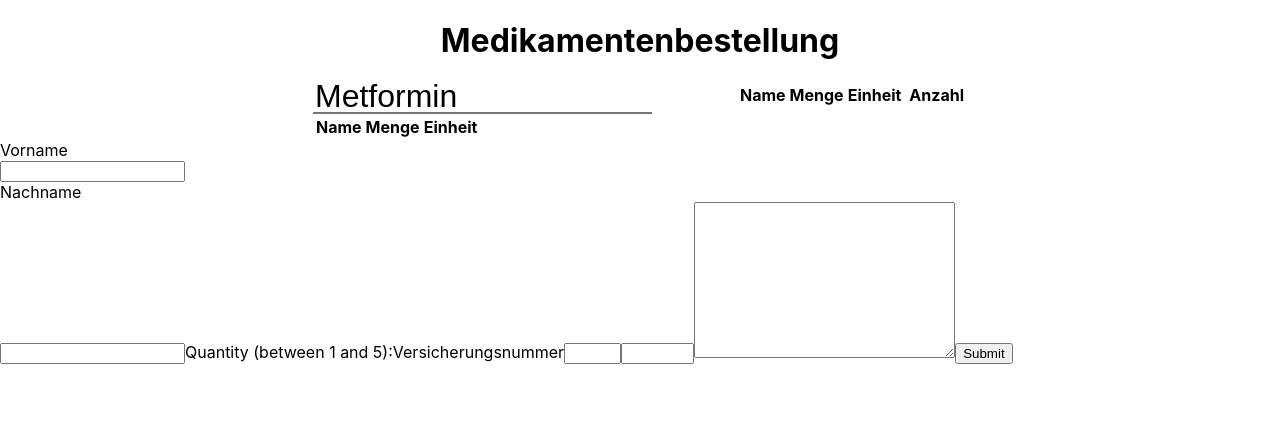
Repository: Esatollah/MedDemo
Page: / (app in client/)
The author's editor kept a copy of each file at every save. The page is drawn from the files as they stood at one save, then again after the next save.
The browser window is 1280 px wide. The pictures show the whole page.
The page's requests for data from a server got no answer. The project was rebuilt for these pictures with package versions that can differ from the ones it lists, and the page was loaded fresh each time. No one was signed in, and anything a server would have sent is missing. Also part of the build but not shown: client/src/App.css.

Above is the page before, as saved 2022-06-02 16:51:17.

### client/src/App.js
import './App.css';
import SearchBar from './components/Search';
function App() {
  return (
    <div>
      <SearchBar></SearchBar>
    </div>
  );
}

export default App;

### client/src/components/Search.jsx
import React, {useState, useEffect} from 'react'
import DrugAPI from '../api/DrugAPI';
import Form from './Form';
// import Cart from './Cart';
import './Search.css'


const Search = () => {
  const [searchinput, setSearchinput] = useState("Metformin");
  const [drugs, setDrugs] = useState([]);
  const [cartitems, setCartitems] = useState([]);

  // add loading screen, maybe with loading while drugs empty
  useEffect(() => {
    const fetchData = async () => {
      try {
        const result = await DrugAPI.get(`/?drugsearch=${searchinput}`)
        setDrugs(result.data.meds)
      } catch (err) {
        console.error(err);
      }
    }

    fetchData();

  }, [searchinput])

  const handleDrugClick = (e, x) => {
    console.log(x);
    setCartitems([...cartitems, x]);
  }

  const handleDelete = (e, x, index) => {
    let temp = [...cartitems]
    console.log(index)

    temp.splice(index, 1);

    console.log(temp)
    setCartitems(temp);
  }

  return (
    <>
        <h1>Medikamentenbestellung</h1>
        <div className='order-box'>
<div className='search-box'>
        <input type="search" placeholder="Suche" id="okhre" value={searchinput} onChange={e => setSearchinput(e.target.value)}/>
        <div className='table-box'>
        <table>
          <thead>
            <tr>
              <th scope='col'>
                Name
              </th>
              <th scope='col'>Menge</th>
              <th scope='col'>Einheit</th>
              <th scope='col'></th>
            </tr>
          </thead>
          <tbody>
            {drugs && drugs.map((x) => {
              return (
                <tr key={x.id} className="drug-row" >
                <td className={x.name}>{x.name}</td>
                <td>{x.menge}</td>
                <td>{x.mengenart}</td>
                <td><button onClick={(e) => {handleDrugClick(e, x)}}>+</ button></td>
                </tr>
              )
            })}
          </tbody>

        </table>
</div>
        </div>

        <table>
          <thead>
            <tr>
              <th scope='col'>
                Name
              </th>
              <th scope='col'>Menge</th>
              <th scope='col'>Einheit</th>
              <th scope='col'></th>
              <th scope='col'>Anzahl</th>
            </tr>
          </thead>
          <tbody>
            {cartitems && cartitems.map((x, index) => {
              if(x.abgabezahl){
              return (
                <tr key={index} className="drug-row" >
                <td>{x.name}</td>
                <td>{x.menge}</td>
                <td>{x.mengenart}</td>
                <td><button onClick={(e) => handleDelete(e,x,index)}>-</button></td>
                <td><select><option value="1">1</option><option value="2">2</option></select></td>
                </tr>
              )
              }
              return (
                <tr key={index} className="drug-row" >
                <td>{x.name}</td>
                <td>{x.menge}</td>
                <td>{x.mengenart}</td>
                <td><button onClick={(e) => handleDelete(e,x,index)}>-</button></td>
                <td>1</td>
                </tr>
              )
            })}
          </tbody>
        </ table>
        </div>

        <Form cartitems={cartitems} setCartitems={setCartitems}/>
    </>
    )
}

export default Search

### client/src/api/DrugAPI.js
import axios from 'axios'

export default axios.create({
    baseURL: "http://localhost:5000/api"
})

### client/src/components/Form.jsx
import React from 'react'

const Form = props => {
  return (
    <div>
        <form>
            <label for="fname">Vorname</label><br/>
            <input type="text" id="fname" name="fname" required/><br/>
            <label for="lname">Nachname</label><br />
            <input type="text" id="lname" name="lname" required />
            <label for="quantity">Quantity (between 1 and 5):</label>
            <label for="pin">Versicherungsnummer</label>
            <input type="text" id="pin" name="pin" size="4" maxLength="4" required/>
            <input type="text" id="bday" name="bday" size="6" maxLength={6} required/>
            <textarea name="message" rows="10" cols="30">
            </textarea>
            <input type="submit" value="Submit"></input><br />
        </form>
    </div>

  )
}

export default Form

### client/src/components/Search.css
#okhre {
    width:80%;
    height: 2rem;
    outline:none;
    border-top: hidden;
    border-right: hidden;
    border-left: hidden;
    font-size: 2rem;
}

.table-box {
    max-height: 200px;
    max-width: 80%;
    min-width:80%;
    overflow-y: auto;
}

h1 {
    display:flex;
    justify-content: center;
}

.order-box {
    display: flex;
    justify-content: center;
}

.search-box {
    max-width:50%;
}

.drug-row:hover {
    background-color: beige;
}

Loaded but not shown: client/public/index.html (common file); client/src/index.js (common file); client/src/index.css (common file)

After the next save:
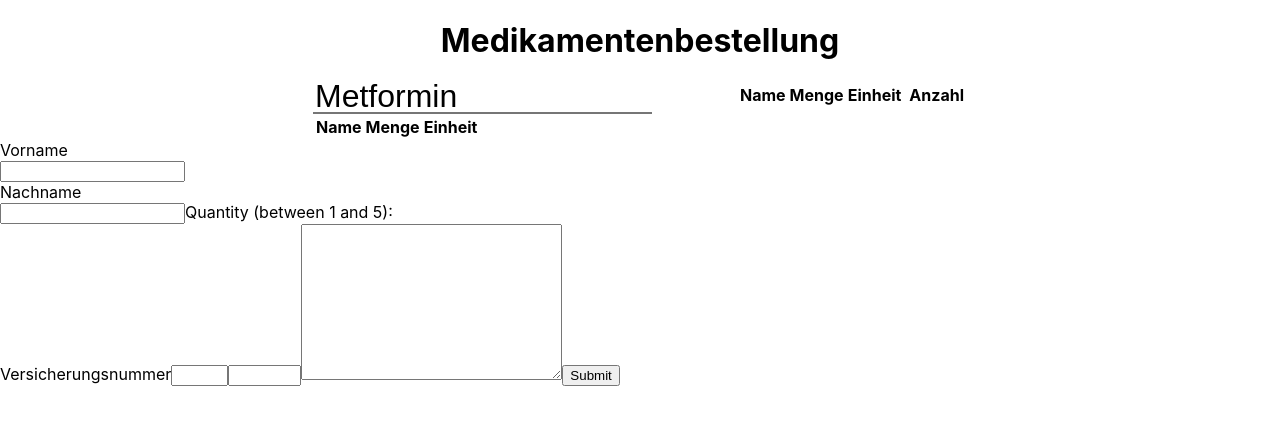
Saved 16 s later.
--- a/client/src/components/Form.jsx
+++ b/client/src/components/Form.jsx
@@ -8,7 +8,7 @@ const Form = props => {
             <input type="text" id="fname" name="fname" required/><br/>
             <label for="lname">Nachname</label><br />
             <input type="text" id="lname" name="lname" required />
-            <label for="quantity">Quantity (between 1 and 5):</label>
+            <label for="quantity">Quantity (between 1 and 5):</label><br></br>
             <label for="pin">Versicherungsnummer</label>
             <input type="text" id="pin" name="pin" size="4" maxLength="4" required/>
             <input type="text" id="bday" name="bday" size="6" maxLength={6} required/>
